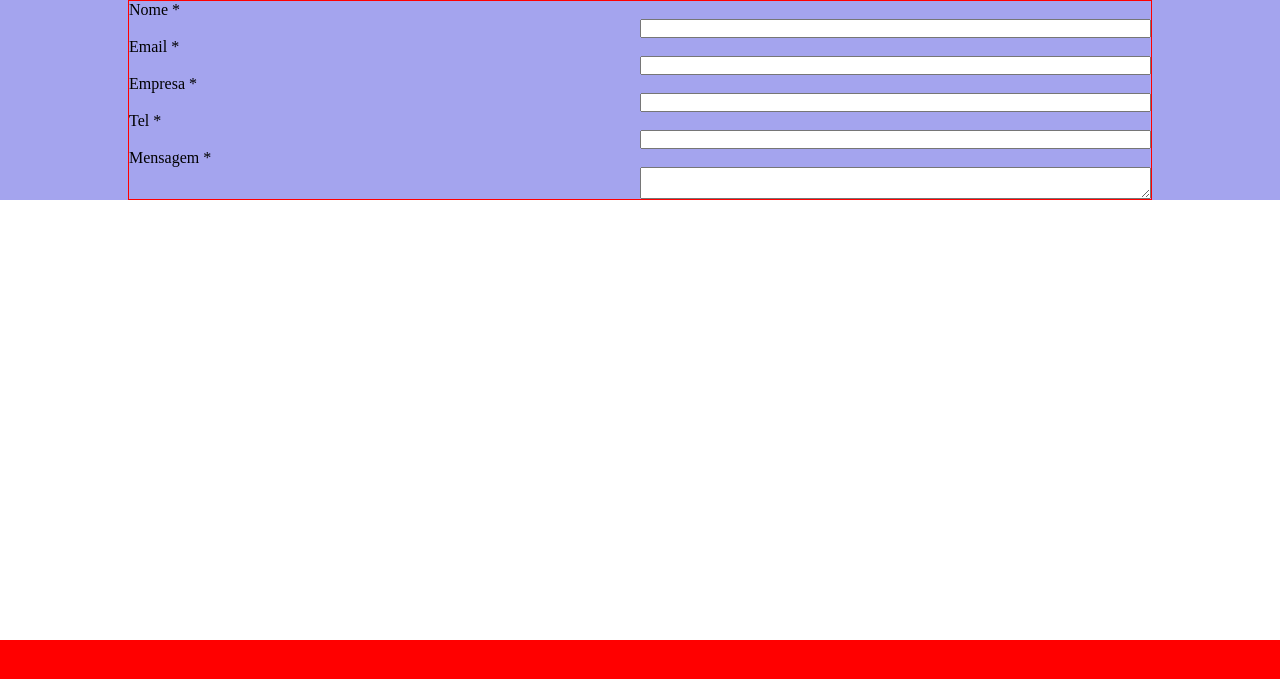
Repository: ecrseer/contatenos-html-js
Page: contatenos.html
These files come from the project's save history. The page is drawn as it stood at one moment and after the next save; the edit follows.
The browser window is 1280 px wide. The pictures show the whole page.

Above is the page before, as saved 2021-12-27 14:37:54.

### contatenos.html
<!DOCTYPE html>
<html lang="en">

<head>
    <meta charset="UTF-8">
    <meta http-equiv="X-UA-Compatible" content="IE=edge">
    <meta name="viewport" content="width=device-width, initial-scale=1.0">
    <title>Contate-nos</title>
    <link rel="stylesheet" href="reset.css">
    <link rel="stylesheet" href="contatenos.css">
</head>

<body>

    <main class="main">
        <form action="enviar" method="post">
            <div class="input">
                <label for="Nome">Nome *</label>
                <input type="text">
            </div>
            <div class="input">
                <label for="Email">Email *</label>
                <input type="email">
            </div>
            <div class="input">
                <label for="Empresa">Empresa *</label>
                <input type="text">
            </div>
            <div class="input">
                <label for="Tel">Tel *</label>
                <input type="text">
            </div>
            <div class="input">
                <label for="Tel">Mensagem *</label>
                <textarea></textarea>
            </div>

        </form>
    </main>
    <section class="bottomnav">

    </section>

    <script src="contatenos.js"></script>
</body>

</html>

### contatenos.css
body{
    width: 100%;
    display: flex;
}
.main{
    background: rgb(164, 164, 238);
    width: 100%;
    height: 100%;
}
textarea,input{
    display: flex;
    width: 50%;
    justify-self: right;
}
.bottomnav{
    background: red;
    position: fixed;
    bottom: 0;
    width: 100%;
    height: 5em;
}
form{
    width: 80%;
    border: 1px red solid;
    justify-content: center;
    align-self: center;
    justify-self: center;
}

### contatenos.js
//alert('hi')

Loaded but not shown: reset.css (common file)

After the next save:
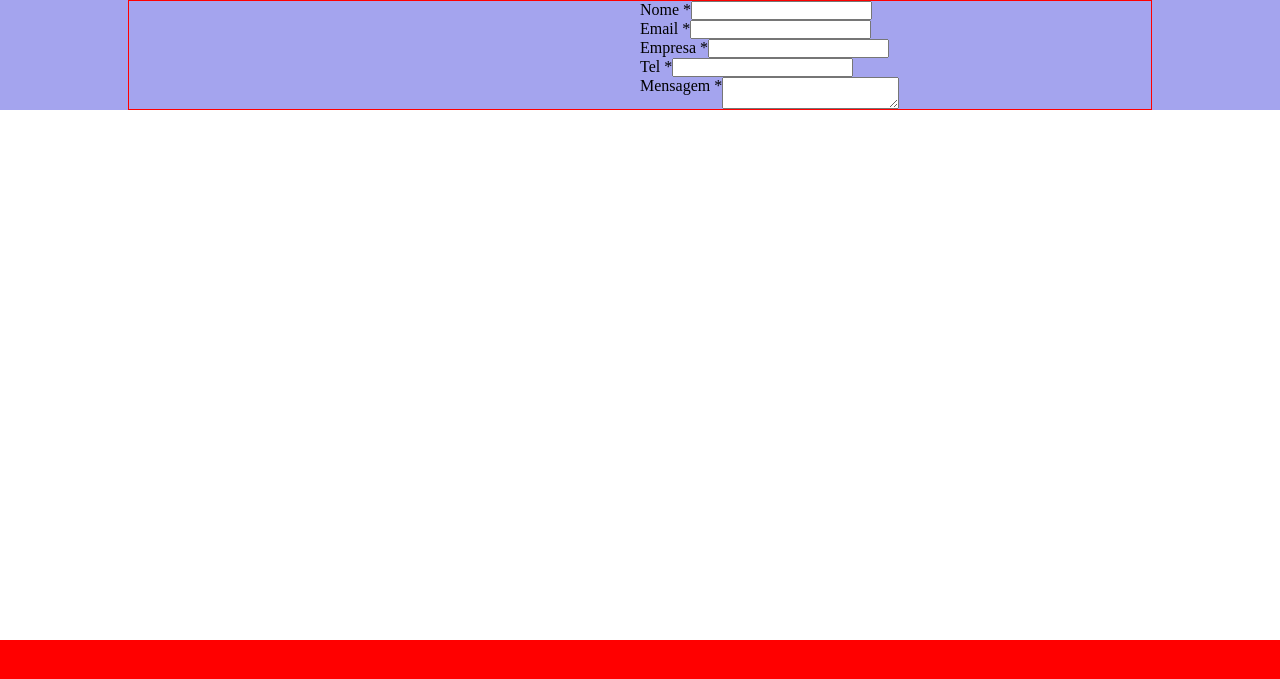
Saved 6 s later.
--- a/contatenos.css
+++ b/contatenos.css
@@ -7,7 +7,7 @@
     width: 100%;
     height: 100%;
 }
-textarea,input{
+.input{
     display: flex;
     width: 50%;
     justify-self: right;
